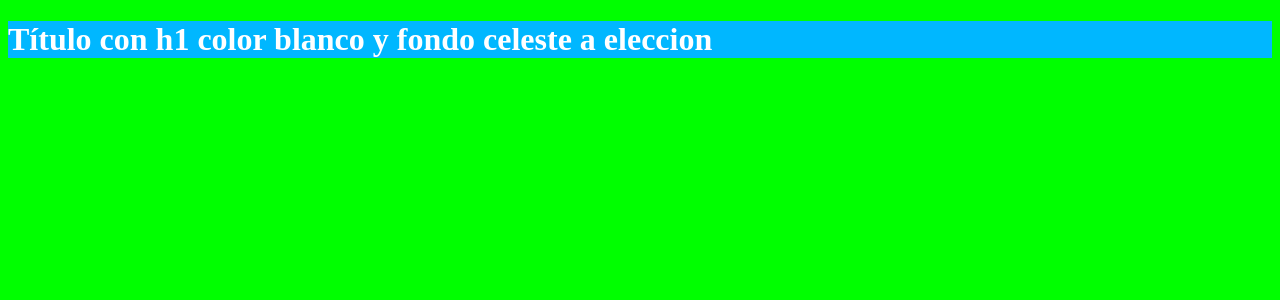
Repository: ScoggoDev/DesarrolloWeb
Page: tarea en equipo 1/tep1.html
An editor plug-in stored every save of this project. The page is shown before and after the next save, followed by the edit.
The browser window is 1280 px wide. The pictures show the whole page.

Above is the page before, as saved 2021-06-30 20:24:08.

After the next save:
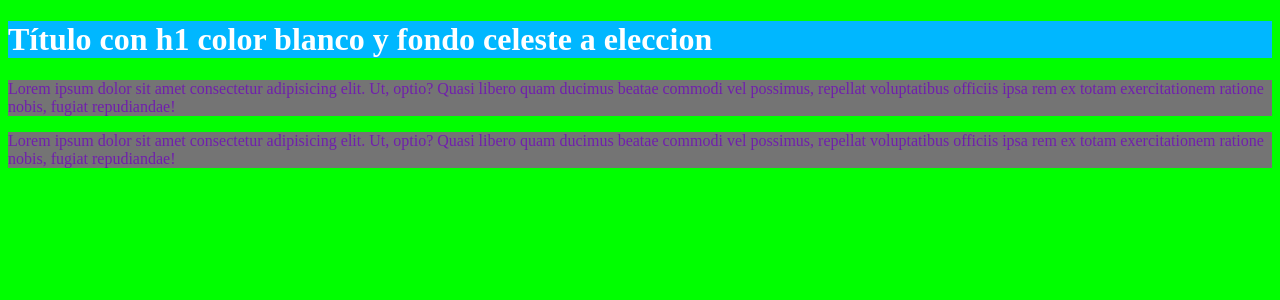
Saved 81 s later.
--- a/tarea en equipo 1/tep1.html
+++ b/tarea en equipo 1/tep1.html
@@ -15,7 +15,8 @@
 puedes investigar en google color pick code para seleccionar un color y obtener su codigo-->
 
     <h1>Título con h1 color blanco y fondo celeste a eleccion</h1>
-
+    <p>Lorem ipsum dolor sit amet consectetur adipisicing elit. Ut, optio? Quasi libero quam ducimus beatae commodi vel possimus, repellat voluptatibus officiis ipsa rem ex totam exercitationem ratione nobis, fugiat repudiandae!</p>
+    <p>Lorem ipsum dolor sit amet consectetur adipisicing elit. Ut, optio? Quasi libero quam ducimus beatae commodi vel possimus, repellat voluptatibus officiis ipsa rem ex totam exercitationem ratione nobis, fugiat repudiandae!</p>
     <!-- completar agregando  2 parrafos con texto lorem ipsum
      se puede encontrar en internet el primer parrafo, hacer dos con el mismo texto y mismo color
     - ****color de texto de codigo: #701fad y color de fondo gris a eleccion-->
